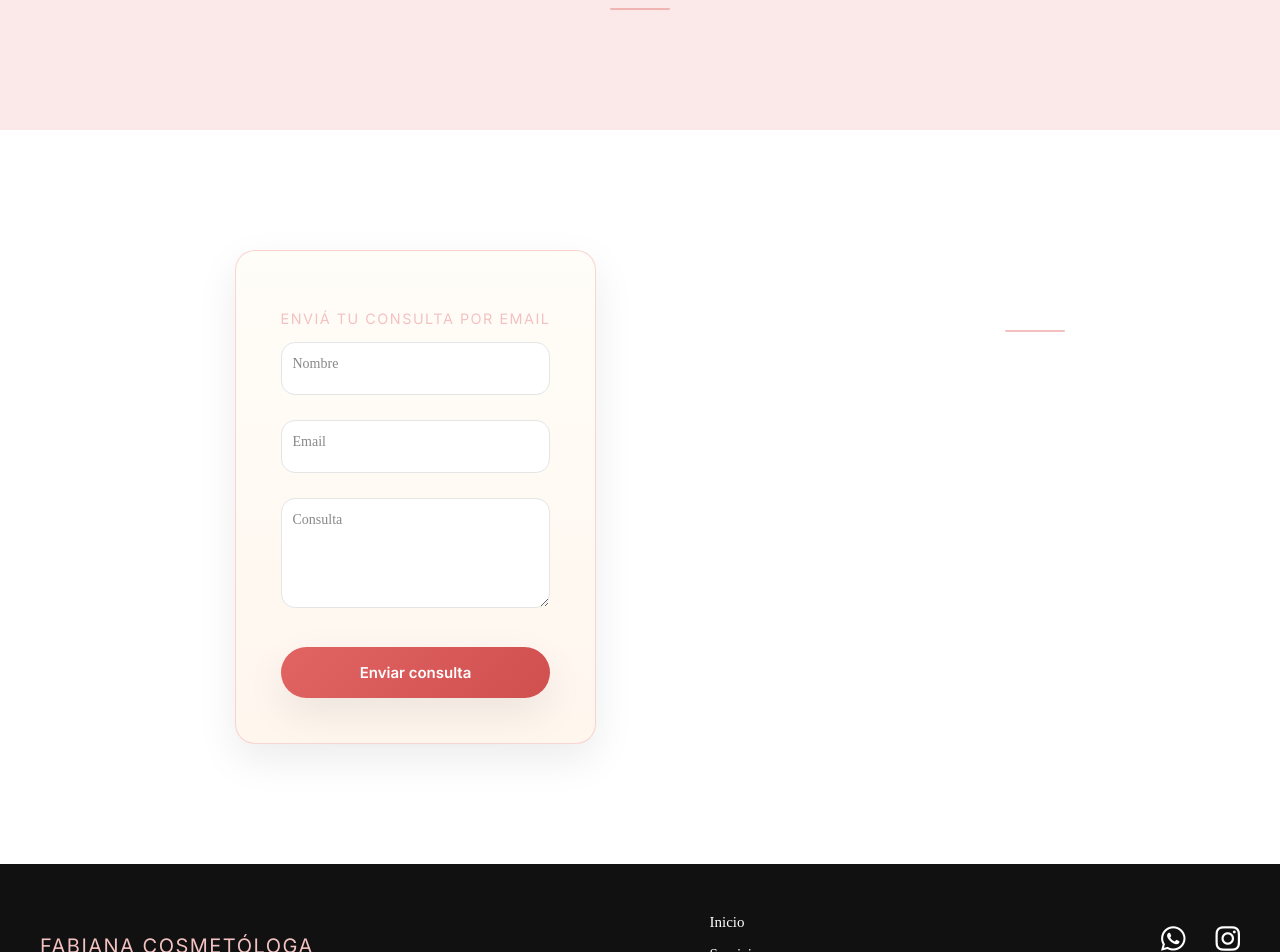
Repository: thiagobal1891-sudo/paginaweb
Page: pages/agenda.html
An editor plug-in stored every save of this project. The page is shown before and after the next save, followed by the edit.
The browser window is 1280 px wide. The pictures show the part of the page from y = 1129 to 2081 px (the page is 2331 px tall before and 2383 px after).
Some web fonts or font styles are not loaded; a fallback is used.

Above is the page before, as saved 2026-03-11 13:10:46.
Console error: ReferenceError: emailjs is not defined

After the next save:
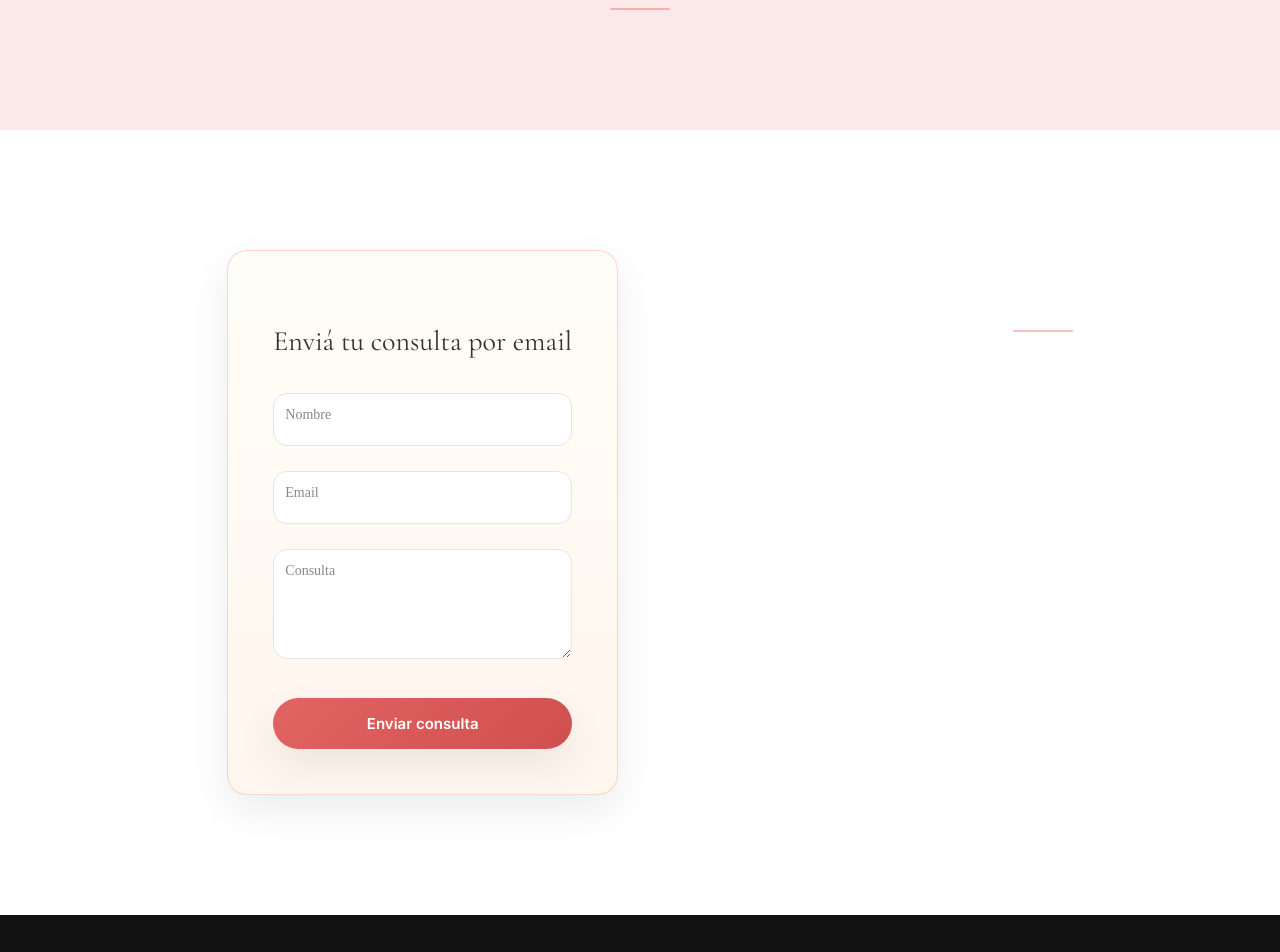
Saved 66 s later.
--- a/css/style.css
+++ b/css/style.css
@@ -689,12 +689,14 @@ max-width:600px;
 border:1px solid rgba(225,100,99,.25);
 }
 
-.consulta-card h2{
+.consulta-card h3{
 margin-bottom:35px;
 text-align:center;
 font-family:"Cormorant Garamond", serif;
 font-size:28px;
 color:#333;
+letter-spacing:0;
+text-transform:none;
 }
 
 /* INPUTS MODERNOS */
